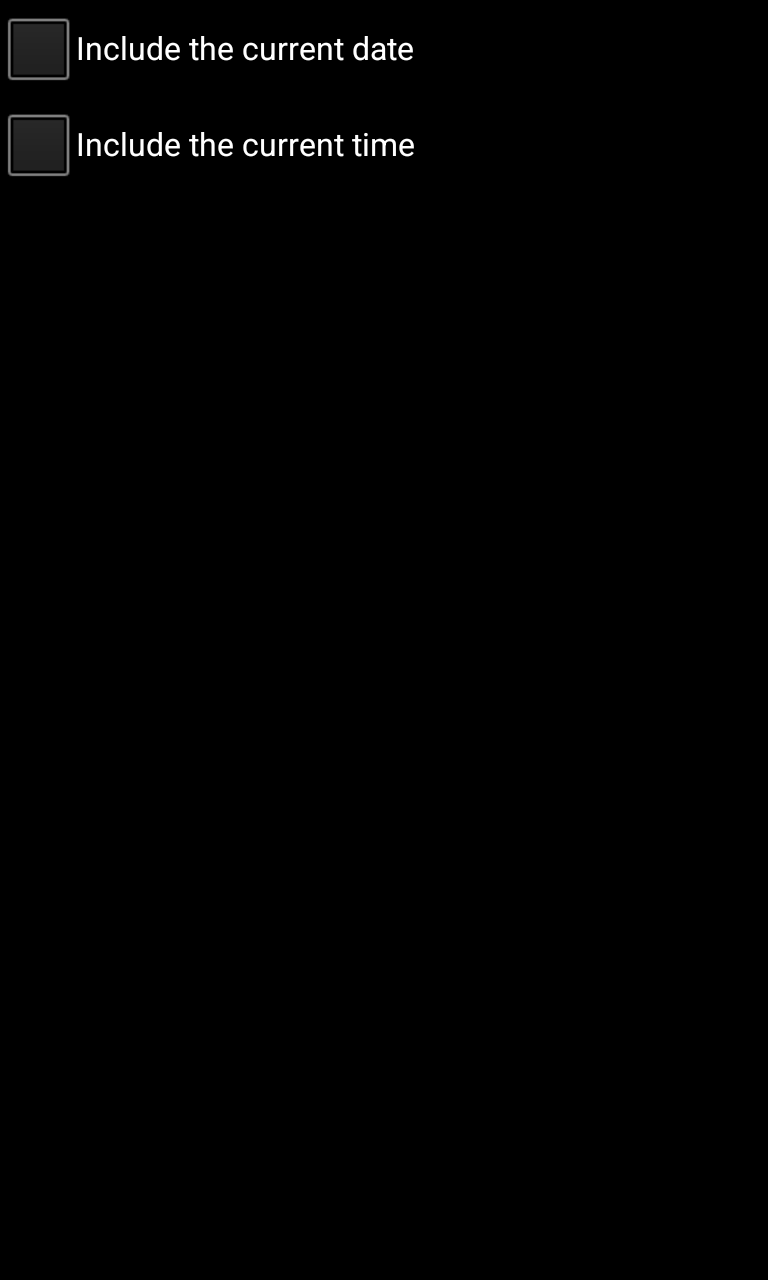
Repository: RaabsIn513/eclipse_workspace
Layout: Copy of SAS_revA/res/layout/main_sms_settings.xml
These files come from the project's save history. The layout is drawn as it stood at one moment and after the next save; the edit follows.
It is drawn on a 768 x 1280 px phone screen (xhdpi) without system bars, with theme android:Theme; the app's code is not run.

Above is the layout before, as saved 2012-02-16 20:33:35.

### Copy of SAS_revA/res/layout/main_sms_settings.xml
<?xml version="1.0" encoding="utf-8"?>
<LinearLayout xmlns:android="http://schemas.android.com/apk/res/android"
    android:layout_width="fill_parent"
    android:layout_height="fill_parent"
    android:orientation="vertical" >

   <CheckBox android:id="@+id/include_date"
        android:layout_width="wrap_content"
        android:layout_height="wrap_content"
        android:text="@string/include_date_cb" />

	<CheckBox android:id="@+id/include_time"
        android:layout_width="wrap_content"
        android:layout_height="wrap_content"
        android:text="@string/include_time_cb" />


</LinearLayout>

### Copy of SAS_revA/res/values/strings.xml
<?xml version="1.0" encoding="utf-8"?>
<resources>

    <string name="hello">Hello World, SAS_revActivity!</string>

    <string name="app_name">SAS_rev</string>
	<string name="plotAct_text">Plot View</string>
    <string name="testSMSAct_text">Send Test Text Message</string>

	<string name="viewWave_btText">View audio wave plot</string>
    <string name="viewFFT_btText">View FFT plot</string>
    <string name="setThresh_btText">Set the threshold value</string>
    <string name="setSMS_btText">Set the SMS text message contents</string>
    <string name="sendSMS_btText">Send a test text message</string>

    <string name="include_date_cb">Include the current date</string>
	<string name="include_time_cb">Include the current time</string>
	<string name="fake_data_text">False test data to send</string>

</resources>

After the next save:
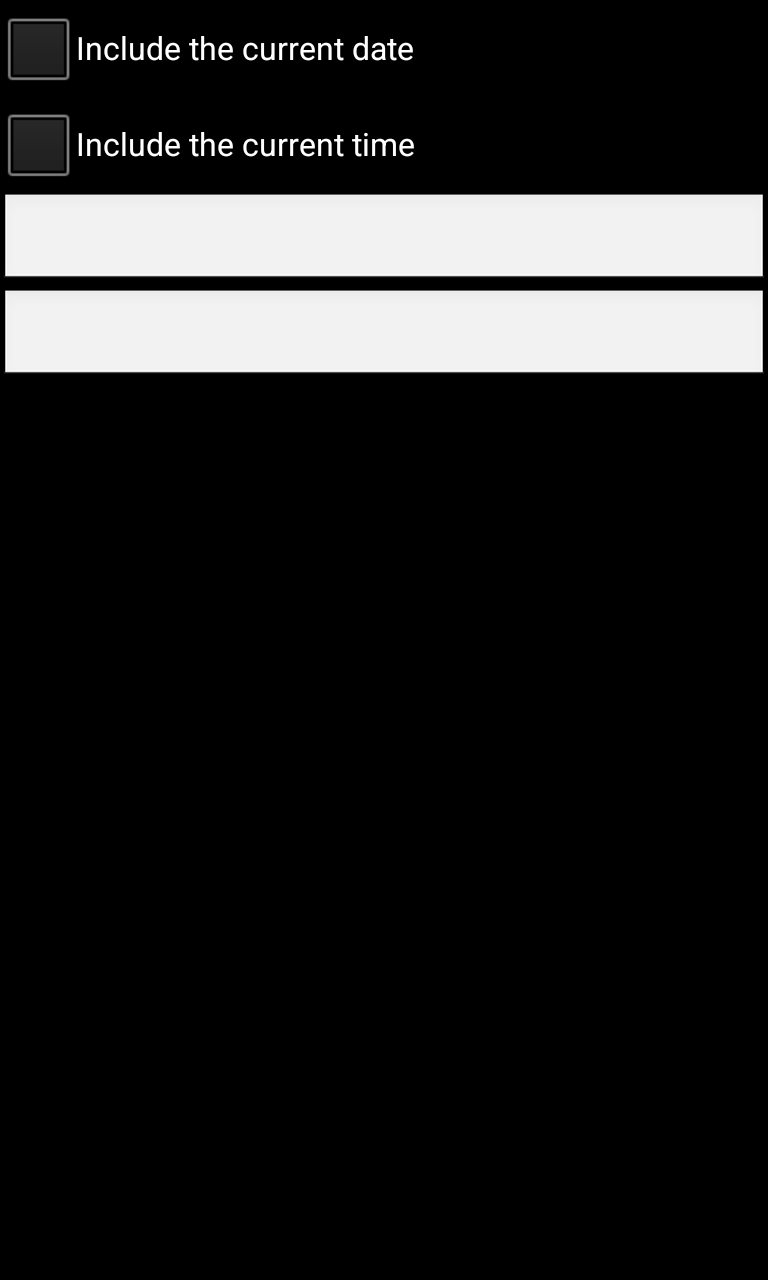
Saved 4 min 49 s later.
--- a/Copy of SAS_revA/res/layout/main_sms_settings.xml
+++ b/Copy of SAS_revA/res/layout/main_sms_settings.xml
@@ -14,5 +14,17 @@
         android:layout_height="wrap_content"
         android:text="@string/include_time_cb" />
 
+	<EditText
+	    android:id="@+id/editText1"
+	    android:layout_width="fill_parent"
+	    android:layout_height="wrap_content"
+	    android:inputType="phone" >
+	</EditText>
+
+	<EditText
+	    android:id="@+id/editText2"
+	    android:layout_width="fill_parent"
+	    android:layout_height="wrap_content"
+	    android:inputType="textMultiLine" />
 
 </LinearLayout>
